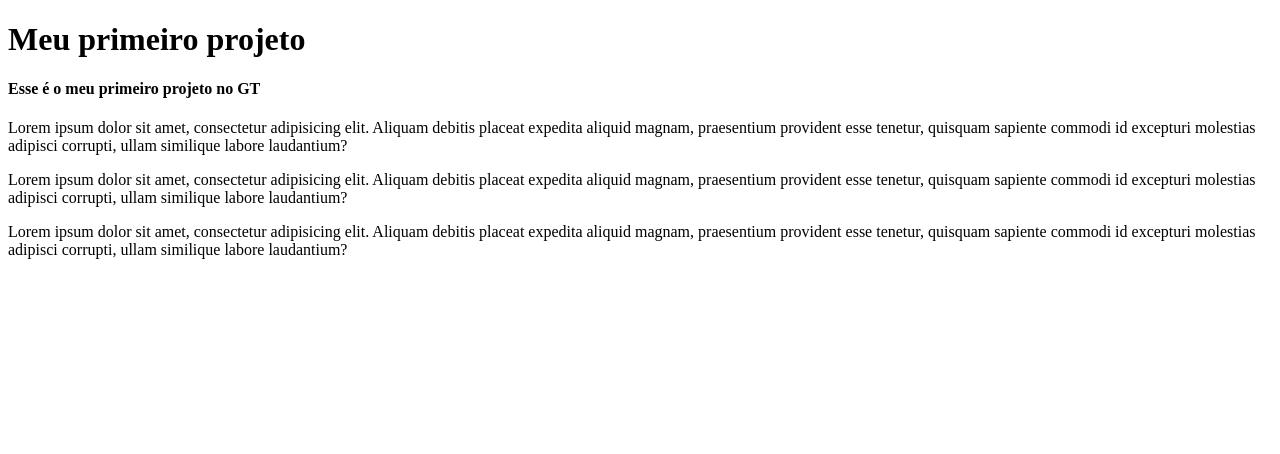
Repository: geracao-11/aula01
Page: index.html
An editor plug-in stored every save of this project. The page is shown before and after the next save, followed by the edit.
The browser window is 1280 px wide. The pictures show the whole page.

Above is the page before, as saved 2025-04-02 09:23:02.

### index.html
<!DOCTYPE html>
<html lang="pt-br">
  <head>
    <meta charset="UTF-8" />
    <meta name="viewport" content="width=device-width, initial-scale=1.0" />
    <title>Teste</title>
  </head>
  <body>
    <header>
      <h1>Meu primeiro projeto</h1>
      <h4>Esse é o meu primeiro projeto no GT</h4>
    </header>
    <main>
      <div>
        <p>
          Lorem ipsum dolor sit amet, consectetur adipisicing elit. Aliquam
          debitis placeat expedita aliquid magnam, praesentium provident esse
          tenetur, quisquam sapiente commodi id excepturi molestias adipisci
          corrupti, ullam similique labore laudantium?
        </p>
        <p>
          Lorem ipsum dolor sit amet, consectetur adipisicing elit. Aliquam
          debitis placeat expedita aliquid magnam, praesentium provident esse
          tenetur, quisquam sapiente commodi id excepturi molestias adipisci
          corrupti, ullam similique labore laudantium?
        </p>
        <p>
          Lorem ipsum dolor sit amet, consectetur adipisicing elit. Aliquam
          debitis placeat expedita aliquid magnam, praesentium provident esse
          tenetur, quisquam sapiente commodi id excepturi molestias adipisci
          corrupti, ullam similique labore laudantium?
        </p>
      </div>
    </main>
    <footer></footer>
  </body>
</html>

After the next save:
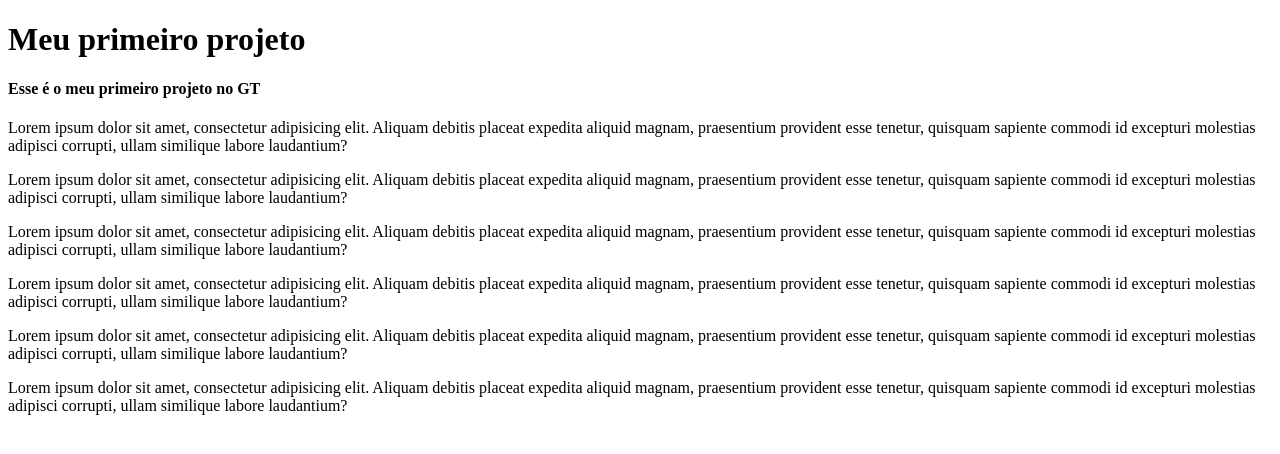
Saved 10 min 12 s later.
--- a/index.html
+++ b/index.html
@@ -31,6 +31,26 @@
           corrupti, ullam similique labore laudantium?
         </p>
       </div>
+      <div>
+        <p>
+          Lorem ipsum dolor sit amet, consectetur adipisicing elit. Aliquam
+          debitis placeat expedita aliquid magnam, praesentium provident esse
+          tenetur, quisquam sapiente commodi id excepturi molestias adipisci
+          corrupti, ullam similique labore laudantium?
+        </p>
+        <p>
+          Lorem ipsum dolor sit amet, consectetur adipisicing elit. Aliquam
+          debitis placeat expedita aliquid magnam, praesentium provident esse
+          tenetur, quisquam sapiente commodi id excepturi molestias adipisci
+          corrupti, ullam similique labore laudantium?
+        </p>
+        <p>
+          Lorem ipsum dolor sit amet, consectetur adipisicing elit. Aliquam
+          debitis placeat expedita aliquid magnam, praesentium provident esse
+          tenetur, quisquam sapiente commodi id excepturi molestias adipisci
+          corrupti, ullam similique labore laudantium?
+        </p>
+      </div>
     </main>
     <footer></footer>
   </body>
